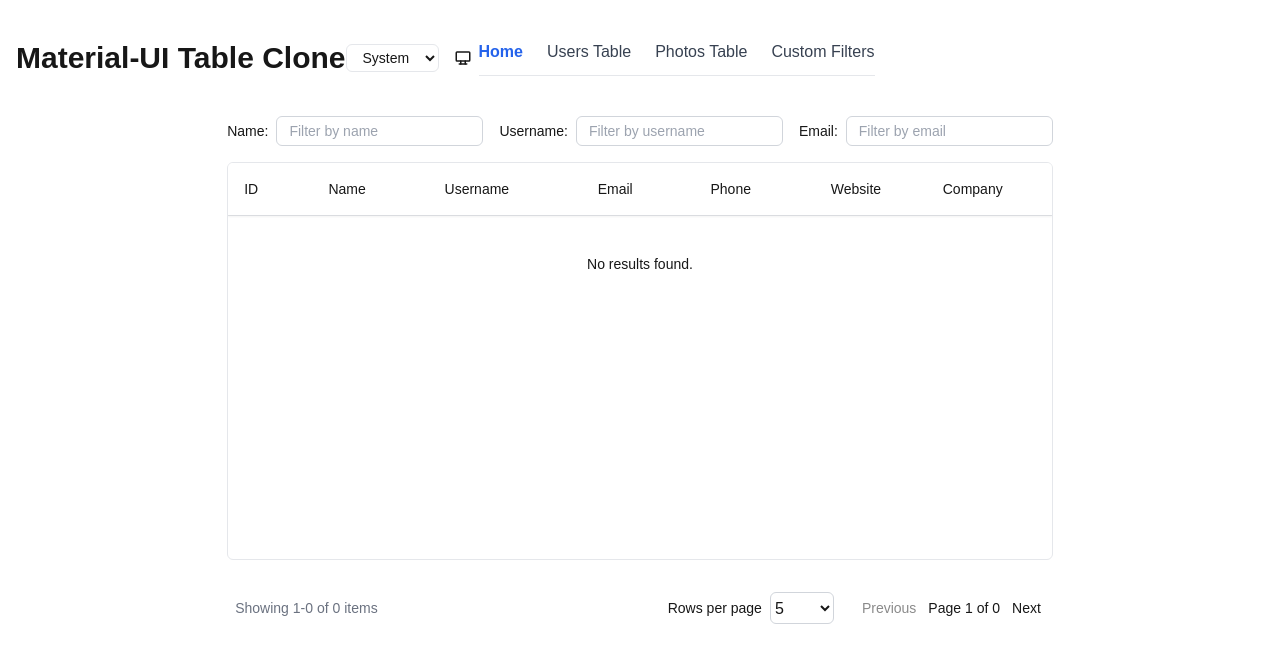
Repository: Dvirco1234/mini-mui-table
Page: /
These files come from the project's save history. The page is drawn as it stood at one moment and after a run of saves; the edit follows.
The browser window is 1280 px wide. The pictures show the whole page.
The page's requests for data from a server got no answer. The project was rebuilt for these pictures with package versions that can differ from the ones it lists, and the page was loaded fresh each time. The framework's server and built-in components were replaced by stand-ins that run in the browser. No one was signed in, and anything a server would have sent is missing. Also part of the build but not shown: next.config.ts.

Above is the page before, as saved 2025-03-03 22:02:39.

### src/app/layout.tsx
import type { Metadata } from "next";
import { Geist, Geist_Mono } from "next/font/google";
import "./globals.css";
import { ThemeProvider } from "@/components/theme/ThemeProvider";
import { Navigation } from "@/components/layout/Navigation";

const geistSans = Geist({
  variable: "--font-geist-sans",
  subsets: ["latin"],
});

const geistMono = Geist_Mono({
  variable: "--font-geist-mono",
  subsets: ["latin"],
});

export const metadata: Metadata = {
  title: "Create Next App",
  description: "Generated by create next app",
};

export default function RootLayout({
  children,
}: Readonly<{
  children: React.ReactNode;
}>) {
  return (
    <html lang="en" className="h-screen overflow-hidden">
      <body
        className={`${geistSans.variable} ${geistMono.variable} antialiased h-full max-h-screen`}
      >
        <ThemeProvider defaultTheme="system" storageKey="mini-mui-table-theme">
          <main className="h-screen">
            <div className="mx-auto py-10 px-4 h-full flex flex-col">
              <Navigation />
              {children}
            </div>
          </main>
        </ThemeProvider>
      </body>
    </html>
  );
}

### src/app/page.tsx
import { ThemeToggle } from "@/components/theme/ThemeToggle";
import { UserTable } from "@/components/demo/UserTable";
import { CustomFiltersDemo } from "@/components/demo/CustomFiltersDemo";

export default function Home() {
  return (
    <div className="mx-auto py-10 px-4 h-full flex flex-col">
      {/* <div className="flex justify-between items-center mb-8">
        <h1 className="text-3xl font-bold">Material-UI Table Clone</h1>
        <ThemeToggle />
      </div> */}
      <UserTable />
      {/* <CustomFiltersDemo /> */}
    </div>
  );
}

### src/components/theme/ThemeProvider.tsx
"use client";

import { createContext, useContext, useEffect, useState } from "react";

export type Theme = "dark" | "light" | "system";

type ThemeProviderProps = {
  children: React.ReactNode;
  defaultTheme?: Theme;
  storageKey?: string;
};

type ThemeProviderState = {
  theme: Theme;
  setTheme: (theme: Theme) => void;
};

const initialState: ThemeProviderState = {
  theme: "system",
  setTheme: () => null,
};

const ThemeProviderContext = createContext<ThemeProviderState>(initialState);

export function ThemeProvider({
  children,
  defaultTheme = "system",
  storageKey = "mini-mui-table-theme",
  ...props
}: ThemeProviderProps) {
  const [theme, setTheme] = useState<Theme>(defaultTheme);

  useEffect(() => {
    const savedTheme = localStorage.getItem(storageKey) as Theme | null;

    if (savedTheme) {
      setTheme(savedTheme);
    }
  }, [storageKey]);

  useEffect(() => {
    const root = window.document.documentElement;

    root.classList.remove("light", "dark");

    if (theme === "system") {
      const systemTheme = window.matchMedia("(prefers-color-scheme: dark)")
        .matches
        ? "dark"
        : "light";

      root.classList.add(systemTheme);
      return;
    }

    root.classList.add(theme);
  }, [theme]);

  const value = {
    theme,
    setTheme: (theme: Theme) => {
      localStorage.setItem(storageKey, theme);
      setTheme(theme);
    },
  };

  return (
    <ThemeProviderContext.Provider {...props} value={value}>
      {children}
    </ThemeProviderContext.Provider>
  );
}

export const useTheme = () => {
  const context = useContext(ThemeProviderContext);

  if (context === undefined) {
    throw new Error("useTheme must be used within a ThemeProvider");
  }

  return context;
};

### src/components/layout/Navigation.tsx
"use client";

import Link from "next/link";
import { usePathname } from "next/navigation";
import { ThemeToggle } from "@/components/theme/ThemeToggle";

const navItems = [
  { name: "Home", path: "/" },
  { name: "Users Table", path: "/users" },
  { name: "Photos Table", path: "/photos" },
  { name: "Custom Filters", path: "/custom-filters" },
];

export function Navigation() {
  const pathname = usePathname();

  return (
    <div className="w-full flex">
      <div className="flex justify-between items-center ">
        <h1 className="text-3xl font-bold">Material-UI Table Clone</h1>
        <ThemeToggle />
      </div>

      <nav className="border-b ">
        <ul className="flex flex-wrap gap-6">
          {navItems.map((item) => (
            <li key={item.path}>
              <Link
                href={item.path}
                className={`text-base font-medium transition-colors hover:underline ${
                  pathname === item.path
                    ? "text-blue-600 dark:text-blue-400 font-semibold"
                    : "text-gray-700 hover:text-blue-600 dark:text-gray-300 dark:hover:text-blue-400"
                }`}
              >
                {item.name}
              </Link>
            </li>
          ))}
        </ul>
      </nav>
    </div>
  );
}

### src/components/demo/UserTable.tsx
"use client";

import { useState, useEffect } from "react";
import { Table } from "@/components/ui/table";
import { User, Column } from "@/types";
import { fetchUsers, FetchUsersParams } from "@/lib/api";

const columns: Column[] = [
  { id: "id", label: "ID", sortable: true },
  { id: "name", label: "Name", sortable: true, filterable: true },
  { id: "username", label: "Username", sortable: true, filterable: true },
  { id: "email", label: "Email", sortable: true, filterable: true },
  { id: "phone", label: "Phone", sortable: true },
  {
    id: "website",
    label: "Website",
    render: (row: User) => (
      <a
        href={`https://${row.website}`}
        target="_blank"
        rel="noopener noreferrer"
        className="text-blue-600 hover:underline"
      >
        {row.website}
      </a>
    ),
  },
  {
    id: "company",
    label: "Company",
    render: (row: User) => row.company.name,
  },
];

export function UserTable() {
  // State for table data and controls
  const [data, setData] = useState<User[]>([]);
  const [loading, setLoading] = useState(true);
  const [totalItems, setTotalItems] = useState(0);

  // Pagination state
  const [currentPage, setCurrentPage] = useState(1);
  const [pageSize, setPageSize] = useState(5);

  // Sorting state
  const [sortField, setSortField] = useState<string | undefined>(undefined);
  const [sortOrder, setSortOrder] = useState<"asc" | "desc" | "none">("asc");

  // Filtering state
  const [filters, setFilters] = useState<Record<string, string>>({});

  // Fetch data when dependencies change
  useEffect(() => {
    const loadData = async () => {
      setLoading(true);
      try {
        const params: FetchUsersParams = {
          page: currentPage,
          limit: pageSize,
          sort: sortField,
          order: sortOrder,
          filter: filters,
        };
        const { users, total } = await fetchUsers(params);
        setData(users);
        setTotalItems(total);
      } catch (error) {
        console.error("Error loading data:", error);
      } finally {
        setLoading(false);
      }
    };

    loadData();
  }, [currentPage, pageSize, sortField, sortOrder, filters]);

  // Handle page change
  const handlePageChange = (page: number) => {
    setCurrentPage(page);
  };

  // Handle page size change
  const handlePageSizeChange = (size: number) => {
    setPageSize(size);
    setCurrentPage(1); // Reset to first page when changing page size
  };

  // Handle sorting
  const handleSort = (field: string, order?: "asc" | "desc") => {
    if (!field) {
      // Clear sorting
      setSortField(undefined);
      setSortOrder("none");
    } else if (order) {
      // Set specific order
      setSortField(field);
      setSortOrder(order);
    } else {
      // Toggle order
      if (sortField === field) {
        setSortOrder(sortOrder === "asc" ? "desc" : "none");
        if (sortOrder === "desc") {
          setSortField(undefined);
        }
      } else {
        setSortField(field);
        setSortOrder("asc");
      }
    }
  };

  // Handle filtering
  const handleFilterChange = (field: string, value: string) => {
    setFilters((prev) => ({
      ...prev,
      [field]: value,
    }));
    setCurrentPage(1); // Reset to first page when applying filters
  };

  return (
    <Table<User>
      data={data}
      columns={columns}
      loading={loading}
      // Pagination
      currentPage={currentPage}
      pageSize={pageSize}
      totalItems={totalItems}
      onPageChange={handlePageChange}
      onPageSizeChange={handlePageSizeChange}
      // Sorting
      sortField={sortField}
      sortOrder={sortOrder}
      onSort={handleSort}
      // Filter
      filters={filters}
      onFilterChange={handleFilterChange}
      bordered={true}
      slots={{}}
    />
  );
}

### src/components/theme/ThemeToggle.tsx
"use client";

import { Theme, useTheme } from "./ThemeProvider";
import { IconMoon, IconSun, IconDeviceDesktop } from "@tabler/icons-react";

export function ThemeToggle() {
  const { theme, setTheme } = useTheme();

  return (
    <div className="flex items-center space-x-2">
      <select
        value={theme}
        onChange={(e: React.ChangeEvent<HTMLSelectElement>) =>
          setTheme(e.target.value as Theme)
        }
        className="bg-background border focus:ring-0 rounded-md px-3 py-1 text-sm focus:outline-none focus:ring-2 focus:ring-primary"
      >
        <option value="light">Light</option>
        <option value="dark">Dark</option>
        <option value="system">System</option>
      </select>

      <div className="flex items-center justify-center w-8 h-8">
        {theme === "light" && <IconSun size={18} />}
        {theme === "dark" && <IconMoon size={18} />}
        {theme === "system" && <IconDeviceDesktop size={18} />}
      </div>
    </div>
  );
}

### src/components/ui/table/index.ts
export * from './Table';
export * from './TableHead';
export * from './TableBody';
export * from './TableRow';
export * from './TableCell';
export * from './TablePagination';
export * from './TableFilters';
export * from './TableSorters';

### src/lib/api.ts
import { User } from '@/types';

export interface FetchUsersParams {
  page?: number;
  limit?: number;
  sort?: string;
  order?: 'asc' | 'desc' | 'none';
  filter?: Record<string, string>;
}

export async function fetchUsers({
  page = 1,
  limit = 100,
  sort,
  order = 'asc',
  filter,
}: FetchUsersParams = {}): Promise<{ users: User[]; total: number }> {
  let url = `https://jsonplaceholder.typicode.com/users?_page=${page}&_limit=${limit}`;

  if (sort && order !== 'none') {
    url += `&_sort=${sort}&_order=${order}`;
  }

  if (filter) {
    Object.entries(filter).forEach(([key, value]) => {
      if (value) {
        url += `&${key}_like=${value}`;
      }
    });
  }

  const response = await fetch(url);
  const total = Number(response.headers.get('x-total-count') || '0');
  const users = await response.json();

  return { users, total };
}

### src/components/ui/table/TableHead.tsx
import React, { forwardRef } from 'react';
import { cn } from '@/lib/utils';

export interface TableHeadProps extends React.HTMLAttributes<HTMLTableSectionElement> {
  children: React.ReactNode;
}

const TableHead = forwardRef<HTMLTableSectionElement, TableHeadProps>(
  ({ className, ...props }, ref) => {
    return (
      <thead
        ref={ref}
        className={cn("shadow-sm sticky top-0 bg-background", className)}
        {...props}
      />
    );
  }
);

TableHead.displayName = "TableHead";

export { TableHead };

### src/components/ui/table/TableBody.tsx
import React, { forwardRef } from 'react';
import { cn } from '@/lib/utils';

export interface TableBodyProps extends React.HTMLAttributes<HTMLTableSectionElement> {
  children: React.ReactNode;
}

const TableBody = forwardRef<HTMLTableSectionElement, TableBodyProps>(
  ({ className, ...props }, ref) => {
    return (
      <tbody
        ref={ref}
        className={cn("[&_tr:last-child]:border-0", className)}
        {...props}
      />
    );
  }
);

TableBody.displayName = "TableBody";

export { TableBody };

### src/components/ui/table/TableRow.tsx
import React, { forwardRef } from "react";
import { cn } from "@/lib/utils";

export interface TableRowProps
  extends React.HTMLAttributes<HTMLTableRowElement> {
  children: React.ReactNode;
  rowHeight?: number | string;
}

const TableRow = forwardRef<HTMLTableRowElement, TableRowProps>(
  ({ className, rowHeight, ...props }, ref) => {
    return (
      <tr
        ref={ref}
        className={cn(
          "border-b transition-colors hover:bg-muted/50 data-[state=selected]:bg-muted",
          className
        )}
        style={{
          height: rowHeight ? (typeof rowHeight === 'number' ? `${rowHeight}px` : rowHeight) : 'auto'
        }}
        {...props}
      />
    );
  }
);

TableRow.displayName = "TableRow";

export { TableRow };

### src/components/ui/table/TableCell.tsx
import React, { forwardRef } from 'react';
import { cn } from '@/lib/utils';

export interface TableCellProps extends React.TdHTMLAttributes<HTMLTableCellElement> {
  children: React.ReactNode;
}

const TableCell = forwardRef<HTMLTableCellElement, TableCellProps>(
  ({ className, ...props }, ref) => {
    return (
      <td
        ref={ref}
        className={cn("p-4 align-middle [&:has([role=checkbox])]:pr-0 group", className)}
        {...props}
      />
    );
  }
);

TableCell.displayName = "TableCell";

export { TableCell };

### src/components/ui/table/TablePagination.tsx
import React from 'react';
import { cn } from '@/lib/utils';

export interface TablePaginationProps {
  currentPage: number;
  totalPages: number;
  pageSize: number;
  totalItems: number;
  onPageChange: (page: number) => void;
  onPageSizeChange?: (pageSize: number) => void;
  pageSizeOptions?: number[];
  className?: string;
}

const TablePagination: React.FC<TablePaginationProps> = ({
  currentPage,
  totalPages,
  pageSize,
  totalItems,
  onPageChange,
  onPageSizeChange,
  pageSizeOptions = [5, 10, 25, 50],
  className,
}) => {
  const startItem = (currentPage - 1) * pageSize + 1;
  const endItem = Math.min(currentPage * pageSize, totalItems);

  return (
    <div className={cn("flex items-center justify-between px-2 py-4", className)}>
      <div className="text-sm text-gray-500">
        Showing {startItem}-{endItem} of {totalItems} items
      </div>
      <div className="flex items-center space-x-6">
        <div className="flex items-center space-x-2">
          <p className="text-sm font-medium">Rows per page</p>
          <select
            className="h-8 w-16 rounded-md border border-gray-300 bg-background outline-none focus:border-blue-500 focus:dark:border-white"
            value={pageSize}
            onChange={(e) => onPageSizeChange?.(Number(e.target.value))}
          >
            {pageSizeOptions.map((option) => (
              <option key={option} value={option}>
                {option}
              </option>
            ))}
          </select>
        </div>
        <div className="flex items-center space-x-2">
          <button
            className="inline-flex items-center justify-center rounded-md p-1 text-sm font-medium transition-colors hover:bg-gray-100 disabled:opacity-50"
            onClick={() => onPageChange(currentPage - 1)}
            disabled={currentPage === 1}
          >
            Previous
          </button>
          <div className="text-sm font-medium">
            Page {currentPage} of {totalPages}
          </div>
          <button
            className="inline-flex items-center justify-center rounded-md p-1 text-sm font-medium transition-colors hover:bg-gray-100 disabled:opacity-50"
            onClick={() => onPageChange(currentPage + 1)}
            disabled={currentPage === totalPages}
          >
            Next
          </button>
        </div>
      </div>
    </div>
  );
};

export { TablePagination };

### src/components/ui/table/TableFilters.tsx
import React from 'react';
import { cn } from '@/lib/utils';
import { Column } from '@/types';

export interface TableFiltersProps {
  columns: Column[];
  filters: Record<string, string>;
  onFilterChange: (field: string, value: string) => void;
  className?: string;
}

/**
 * TableFilters component that renders a set of filters for each filterable column.
 * Currently only supports text-based filtering.
 */
const TableFilters: React.FC<TableFiltersProps> = ({
  columns,
  filters,
  onFilterChange,
  className,
}) => {
  const filterableColumns = columns.filter(column => column.filterable);

  if (filterableColumns.length === 0) {
    return null;
  }

  return (
    <div className={cn("flex flex-wrap gap-4 mb-4", className)}>
      {filterableColumns.map(column => (
        <div key={`filter-${column.id}`} className="flex items-center">
          <label htmlFor={`filter-${column.id}`} className="mr-2 text-sm font-medium">
            {column.label}:
          </label>
          <input
            id={`filter-${column.id}`}
            type="text"
            className="rounded-md border bg-background outline-none border-gray-300 focus:border-blue-500 focus:dark:border-white px-3 py-1 text-sm"
            value={filters[column.id] || ''}
            onChange={(e) => onFilterChange(column.id, e.target.value)}
            placeholder={`Filter by ${column.label.toLowerCase()}`}
          />
        </div>
      ))}
    </div>
  );
};

export { TableFilters };

### src/components/ui/table/TableSorters.tsx
import React from 'react';
import { cn } from '@/lib/utils';
import { Column } from '@/types';
import { IconArrowUp, IconArrowDown } from '@tabler/icons-react';

export interface TableSortersProps {
  column: Column;
  sortField?: string;
  sortOrder: 'asc' | 'desc' | 'none';
  onSort: (field: string, order?: 'asc' | 'desc') => void;
  className?: string;
}

const TableSorters: React.FC<TableSortersProps> = ({
  column,
  sortField,
  sortOrder,
  onSort,
  className,
}) => {
  if (!column.sortable) {
    return <span className={className}>{column.label}</span>;
  }

  const handleSort = () => {
    if (sortField !== column.id) {
      // First click - sort ascending
      onSort(column.id, 'asc');
    } else if (sortOrder === 'asc') {
      // Second click - sort descending
      onSort(column.id, 'desc');
    } else {
      // Third click - clear sorting
      onSort('');
    }
  };

  const isActive = sortField === column.id;

  return (
    <div
      className={cn(
        "w-full h-full flex items-center justify-between cursor-pointer",
        className
      )}
      onClick={handleSort}
    >
      <span>{column.label}</span>
      <div className="flex items-center">
        {isActive ? (
          sortOrder === 'asc' ? (
            <IconArrowUp size={16} className="text-primary" />
          ) : (
            <IconArrowDown size={16} className="text-primary" />
          )
        ) : (
          <IconArrowUp size={16} className="text-muted-foreground opacity-0 group-hover:opacity-100 transition-opacity" />
        )}
      </div>
    </div>
  );
};

export { TableSorters };

### tailwind.config.ts
import type { Config } from 'tailwindcss';

const config: Config = {
  darkMode: 'class',
  content: [
    './src/pages/**/*.{js,ts,jsx,tsx,mdx}',
    './src/components/**/*.{js,ts,jsx,tsx,mdx}',
    './src/app/**/*.{js,ts,jsx,tsx,mdx}',
  ],
  theme: {
    extend: {
      colors: {
        background: 'var(--background)',
        foreground: 'var(--foreground)',
        border: {
          DEFAULT: 'hsl(var(--border))',
        },
        input: {
          DEFAULT: 'hsl(var(--input))',
        },
        ring: {
          DEFAULT: 'hsl(var(--ring))',
        },
        muted: {
          DEFAULT: 'hsl(var(--muted))',
          foreground: 'hsl(var(--muted-foreground))',
        },
        accent: {
          DEFAULT: 'hsl(var(--accent))',
          foreground: 'hsl(var(--accent-foreground))',
        },
        primary: {
          DEFAULT: 'hsl(var(--primary))',
          foreground: 'hsl(var(--primary-foreground))',
        },
        secondary: {
          DEFAULT: 'hsl(var(--secondary))',
          foreground: 'hsl(var(--secondary-foreground))',
        },
        destructive: {
          DEFAULT: 'hsl(var(--destructive))',
          foreground: 'hsl(var(--destructive-foreground))',
        },
        card: {
          DEFAULT: 'hsl(var(--card))',
          foreground: 'hsl(var(--card-foreground))',
        },
      },
      fontFamily: {
        sans: ['var(--font-geist-sans)'],
        mono: ['var(--font-geist-mono)'],
      },
    },
  },
  plugins: [],
};

export default config;

Loaded but not shown: src/app/globals.css (common file); src/lib/utils.ts (common file); src/components/ui/table/Table.tsx (225 lines, source omitted)

After the next 2 saves:
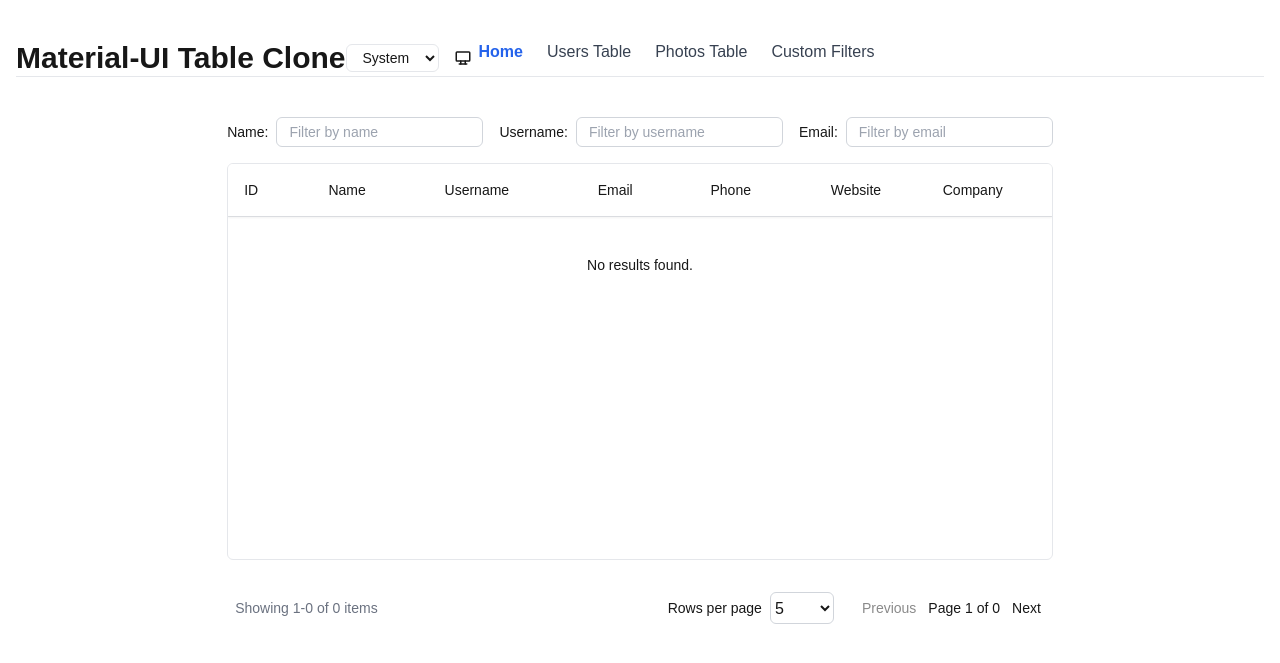
The 2 saves are shown as one change because they came seconds apart.
The last was saved 11 s later.
--- a/src/components/layout/Navigation.tsx
+++ b/src/components/layout/Navigation.tsx
@@ -15,13 +15,13 @@ export function Navigation() {
   const pathname = usePathname();
 
   return (
-    <div className="w-full flex">
+    <div className="w-full flex border-b ">
       <div className="flex justify-between items-center ">
         <h1 className="text-3xl font-bold">Material-UI Table Clone</h1>
         <ThemeToggle />
       </div>
 
-      <nav className="border-b ">
+      <nav>
         <ul className="flex flex-wrap gap-6">
           {navItems.map((item) => (
             <li key={item.path}>
